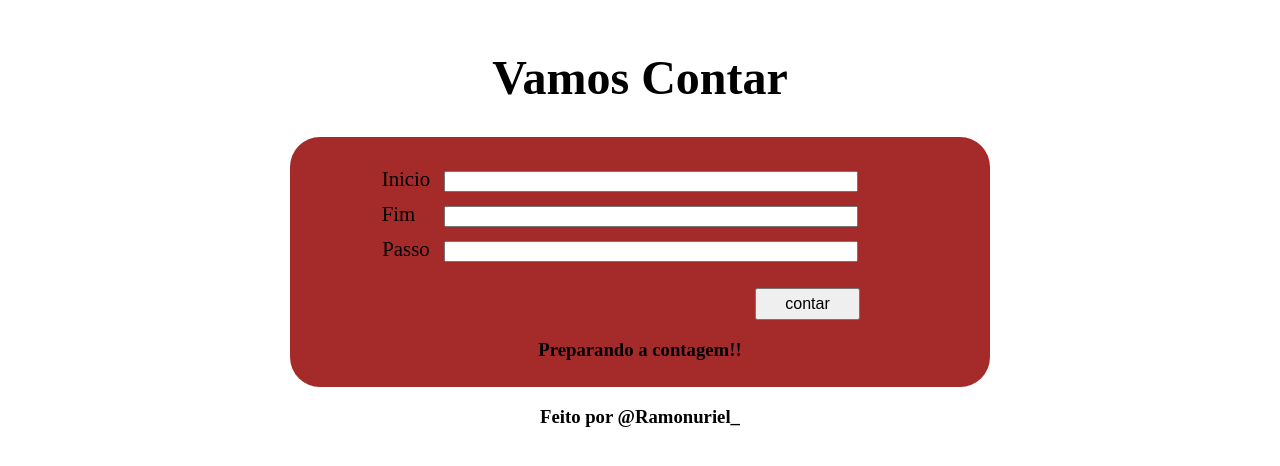
Repository: Ramonuriel/JS-Projetos
Page: Contador automatico/exercicio.html
The author's editor kept a copy of each file at every save. The page is drawn from the files as they stood at one save, then again after the next save.
The browser window is 1280 px wide. The pictures show the whole page.

Above is the page before, as saved 2022-12-27 21:16:09.

### Contador automatico/exercicio.html
<!DOCTYPE html>
<html lang="en">

<head>
  <meta charset="UTF-8">
  <meta http-equiv="X-UA-Compatible" content="IE=edge">
  <meta name="viewport" content="width=device-width, initial-scale=1.0">
  <link rel="stylesheet" href="style.css">
  <title>Exercicio</title>
</head>

<body>
  <h1 class="title">Vamos Contar</h1>
  <section class="projeto">
    <ul>
      <li>
        <label for="number">Inicio</label>
        <input type="number" name="" id="inicio">
      </li>
      <li>
        <label for="number">Fim</label>
        <input type="number" name="" id="Fim">
      </li>
      <li> <label for="number">Passo</label>
        <input type="number" name="" id="Passo">
      </li>
    </ul>
    <input class="btn" type="button" value="contar" onclick="contar()">

    <div>
      <h3 class="resultado">Preparando a contagem!!</h3>
    </div>
  </section>

  <footer>
    <h3>Feito por @Ramonuriel_</h3>
  </footer>



  <script src="exercicio.js"></script>
</body>

</html>

### Contador automatico/style.css
body {
  margin: 0;
  padding: 0;
  width: 100%;
  align-items: center;
  text-align: center;
}
.title {
  font-size: 3rem;
  margin-top: 50px;
}

.projeto {
  display: inline-flex;
  flex-direction: column;
  width: 700px;
  max-height: 100%;
  height: 250px;
  background-color: brown;
  align-items: left;
  justify-content: start;
  border-radius: 30px;
}

h2 {
  font-size: 2rem;
}

ul {
  margin-right: 80px;
  margin-top: 30px;
}
li {
  list-style-type: none;
  margin-bottom: 10px;
}

label {
  font-size: 1.3rem;
  margin-right: 10px;
}

input {
  width: 70%;
}
#Fim {
  margin-left: 15px;
}

.btn {
  font-size: 1rem;
  margin-left: 465px;
  width: 15%;
  height: 2rem;
  cursor: pointer;
}

### Contador automatico/exercicio.js
function contar() {
  let inicio = document.querySelector('#inicio')
  let fim = document.querySelector('#Fim')
  let passo = document.querySelector('#Passo')
  let res = document.querySelector('.resultado')

  if (
    inicio.value.length == 0 ||
    fim.value.length == 0 ||
    passo.value.length == 0
  ) {
    window.alert('[ERRO] Preencha todos os campos.')
  } else {
    res.innerHTML = 'Contando: '
    let i = Number(inicio.value)
    let f = Number(fim.value)
    let p = Number(passo.value)
    if (i < f)
      for (let c = i; c <= f; c += p) {
        res.innerHTML += ` ${c} \u{1f449}, `
      }
    else {
      for (let c = i; c >= f; c -= p) {
        res.innerHTML += ` ${c} \u{1f449}`
      }
    }
  }
}

After the next save:
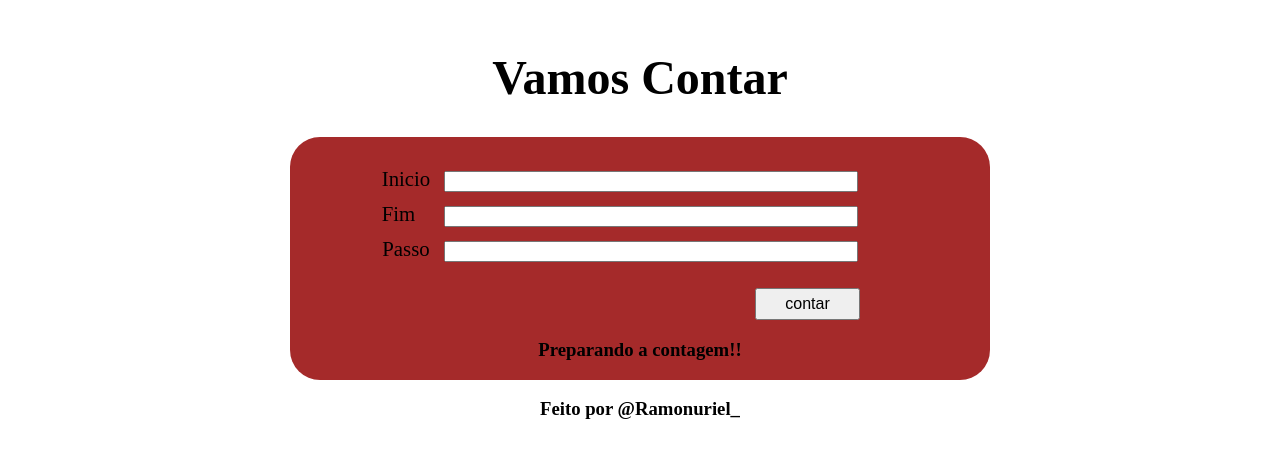
Saved 37 s later.
--- a/Contador automatico/style.css
+++ b/Contador automatico/style.css
@@ -15,7 +15,7 @@ body {
   flex-direction: column;
   width: 700px;
   max-height: 100%;
-  height: 250px;
+
   background-color: brown;
   align-items: left;
   justify-content: start;
